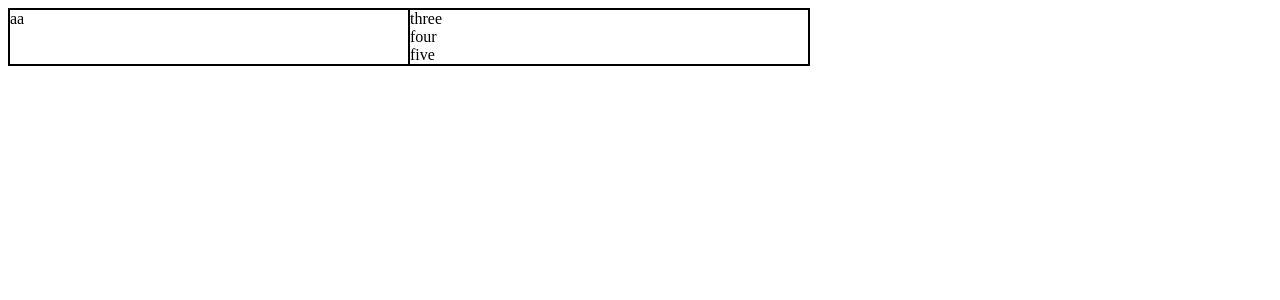
Repository: kpavankumaar/online_uk_class
Page: flex.html
The author's editor kept a copy of each file at every save. The page is drawn from the files as they stood at one save, then again after the next save.
The browser window is 1280 px wide. The pictures show the whole page.

Above is the page before, as saved 2022-01-12 14:16:24.

After the next save:
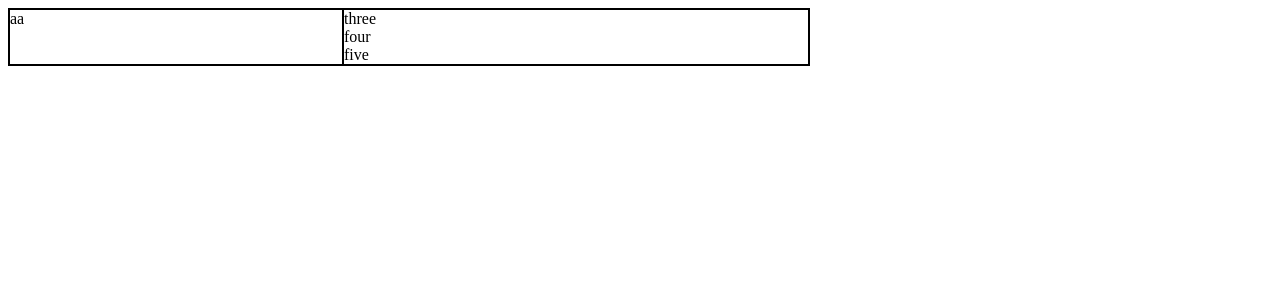
Saved 46 s later.
--- a/flex.html
+++ b/flex.html
@@ -24,7 +24,7 @@
 
         }
         .box3{
-            flex-grow: 1;
+            flex-grow: 2;
         }
     </style>
 </head>

After the save that followed:
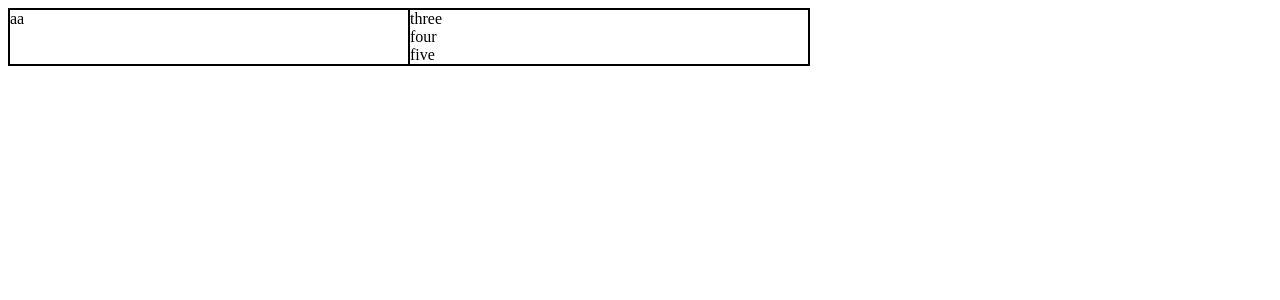
Saved 3 min 39 s later.
--- a/flex.html
+++ b/flex.html
@@ -15,16 +15,17 @@
         div.box{
             border:1px solid black;
             flex-basis: 200px;
+            flex-grow: 1;
             /* width:400px; */
         }
         .box1{
-            flex-grow:1;
+            /* flex-grow:1; */
         }
         .box2{
 
         }
         .box3{
-            flex-grow: 2;
+            /* flex-grow: 2; */
         }
     </style>
 </head>
